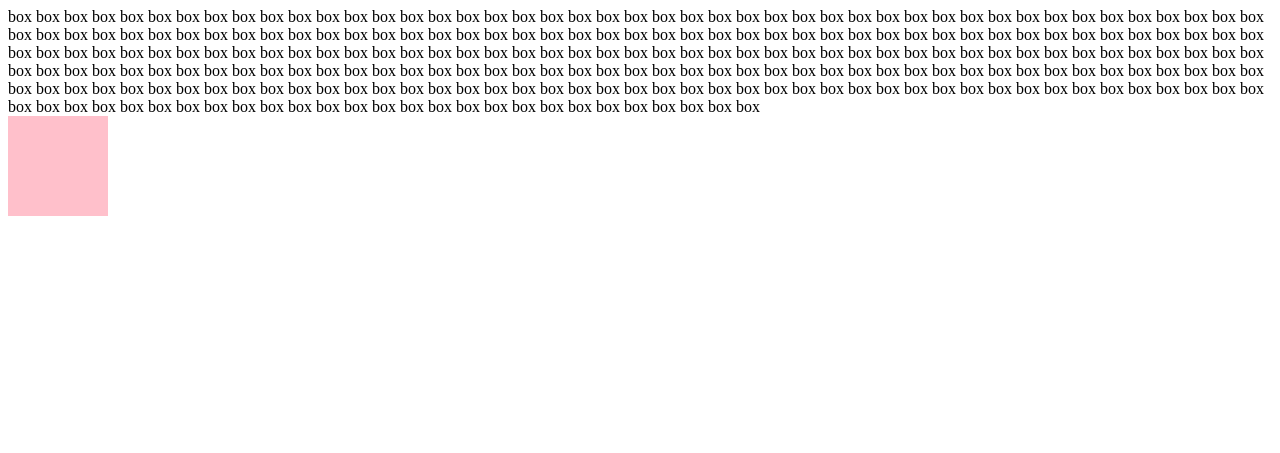
Repository: guchengjie/Frontend-01-Template
Page: week13/dragbox.html
These files come from the project's save history. The page is drawn as it stood at one moment and after the next save; the edit follows.
The browser window is 1280 px wide. The pictures show the whole page.

Above is the page before, as saved 2020-07-08 22:12:14.

After the next save:
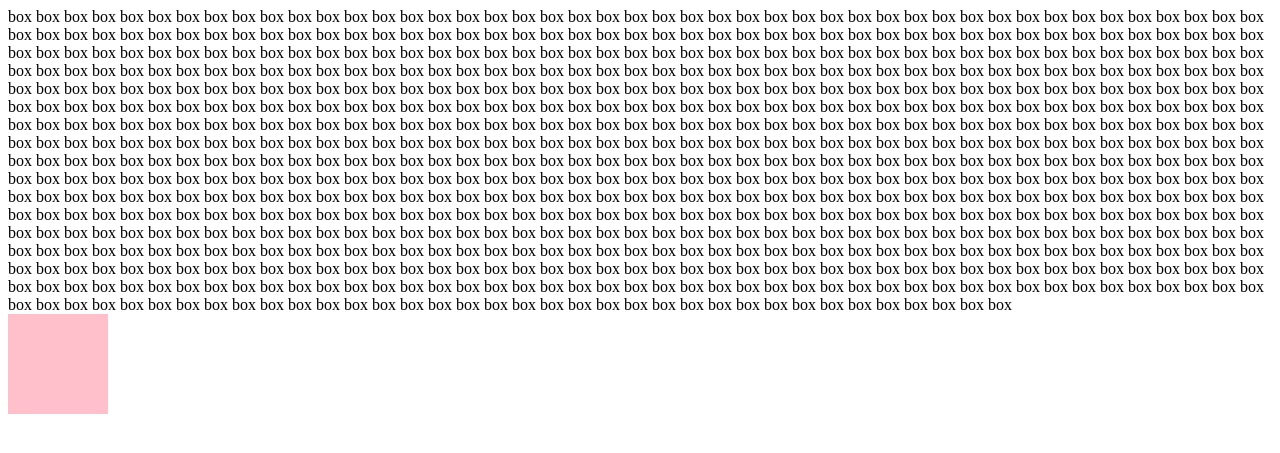
Saved 11 s later.
--- a/week13/dragbox.html
+++ b/week13/dragbox.html
@@ -1,4 +1,40 @@
 <div id="container">
+  box box box box box box box box box box box box box box
+  box box box box box box box box box box box box box box
+  box box box box box box box box box box box box box box
+  box box box box box box box box box box box box box box
+  box box box box box box box box box box box box box box
+  box box box box box box box box box box box box box box
+  box box box box box box box box box box box box box box
+  box box box box box box box box box box box box box box
+  box box box box box box box box box box box box box box
+  box box box box box box box box box box box box box box
+  box box box box box box box box box box box box box box
+  box box box box box box box box box box box box box box
+  box box box box box box box box box box box box box box
+  box box box box box box box box box box box box box box
+  box box box box box box box box box box box box box box
+  box box box box box box box box box box box box box box
+  box box box box box box box box box box box box box box
+  box box box box box box box box box box box box box box
+  box box box box box box box box box box box box box box
+  box box box box box box box box box box box box box box
+  box box box box box box box box box box box box box box
+  box box box box box box box box box box box box box box
+  box box box box box box box box box box box box box box
+  box box box box box box box box box box box box box box
+  box box box box box box box box box box box box box box
+  box box box box box box box box box box box box box box
+  box box box box box box box box box box box box box box
+  box box box box box box box box box box box box box box
+  box box box box box box box box box box box box box box
+  box box box box box box box box box box box box box box
+  box box box box box box box box box box box box box box
+  box box box box box box box box box box box box box box
+  box box box box box box box box box box box box box box
+  box box box box box box box box box box box box box box
+  box box box box box box box box box box box box box box
+  box box box box box box box box box box box box box box
   box box box box box box box box box box box box box box
   box box box box box box box box box box box box box box
   box box box box box box box box box box box box box box
